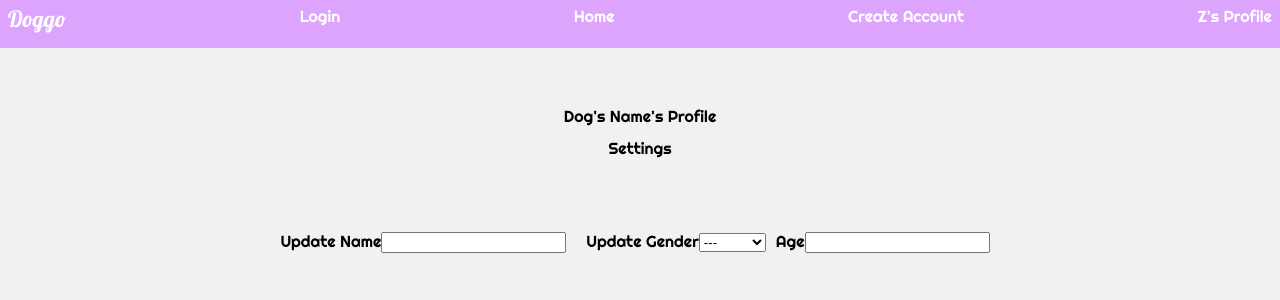
Repository: rh1456/capstone
Page: /5
The author's editor kept a copy of each file at every save. The page is drawn from the files as they stood at one save, then again after the next save.
The browser window is 1280 px wide. The pictures show the whole page.
Some web libraries are served in a nearby version. The project was rebuilt for these pictures with package versions that can differ from the ones it lists, and the page was loaded fresh each time. Also part of the build but not shown: src/pages/MainPage.jsx, src/pages/CreateAccount.jsx, src/pages/DoggoLandingPage.jsx, src/pages/DogProfile.jsx, src/pages/PlayDateForm.jsx.

Above is the page before, as saved 2020-01-10 23:33:59.

### public/index.html
<!DOCTYPE html>
<html lang="en">
  <head>
    <meta charset="utf-8" />
    <link rel="shortcut icon" href="%PUBLIC_URL%/favicon.ico" />
    <meta
      name="viewport"
      content="width=device-width, initial-scale=1, shrink-to-fit=no"
    />
    <meta name="theme-color" content="#000000" />
    <!--
      manifest.json provides metadata used when your web app is added to the
      homescreen on Android. See https://developers.google.com/web/fundamentals/web-app-manifest/
    -->
    <link rel="manifest" href="%PUBLIC_URL%/manifest.json" />
    <!--
      Notice the use of %PUBLIC_URL% in the tags above.
      It will be replaced with the URL of the `public` folder during the build.
      Only files inside the `public` folder can be referenced from the HTML.

      Unlike "/favicon.ico" or "favicon.ico", "%PUBLIC_URL%/favicon.ico" will
      work correctly both with client-side routing and a non-root public URL.
      Learn how to configure a non-root public URL by running `npm run build`.
    -->
    <link
      href="https://fonts.googleapis.com/css?family=Pacifico|Permanent+Marker|Righteous|Roboto&display=swap"
      rel="stylesheet"
    />
    <link
      href="https://fonts.googleapis.com/css?family=Lobster&display=swap"
      rel="stylesheet"
    />
    <script
      src="https://kit.fontawesome.com/d7373701d1.js"
      crossorigin="anonymous"
    ></script>
    <title>Capstone</title>
  </head>
  <body>
    <noscript>
      You need to enable JavaScript to run this app.
    </noscript>
    <div id="root"></div>
    <!--
      This HTML file is a template.
      If you open it directly in the browser, you will see an empty page.

      You can add webfonts, meta tags, or analytics to this file.
      The build step will place the bundled scripts into the <body> tag.

      To begin the development, run `npm start` or `yarn start`.
      To create a production bundle, use `npm run build` or `yarn build`.
    -->
  </body>
</html>

### src/index.js
import React from 'react'
import ReactDOM from 'react-dom'
import './index.css'
import './styles.scss'
import App from './App'

ReactDOM.render(<App />, document.getElementById('root'))

### src/index.css
@media (min-width: 320px) and (max-width: 480px) {
  :root {
    font: 16px / 1 sans-serif;
  }

  html {
    height: 100%;
  }
  body {
    margin: 0;
    min-height: 100%;
    background-color: #f1f1f1;
    font-family: 'Righteous', cursive;
  }
  .nav-bar-ul {
    display: flex;
    flex-direction: row;
    justify-content: space-between;
    margin: 0;
    height: 3rem;
    background-color: #dca4fc;
    padding: 0;
  }
  .main-nav-li {
    list-style: none;
    padding: 0.5rem;
    color: white;
  }
  .nav-logo {
    font-size: 1.4rem;
    font-family: 'Lobster', cursive;
  }
  .Nav-link {
    color: white;
    text-decoration: none;
  }
  /* Dog profile Stylings */
  .dog-profile-image {
    display: flex;
    justify-content: center;
    /* border-bottom: solid lightgrey; */
  }
  .before-div {
    border: solid black;
    display: block;
    height: 18px;
    border-radius: 50% 50% 0 0;

    bottom: calc(100% - 10px);
    right: -5px;
    left: -5px;
    background-color: blue;
  }
  .profile-image {
    height: 12rem;
    width: 8rem;
    margin: 0;
    border-radius: 8px;
    margin: 0.7rem;
  }
  .profile-about {
    display: flex;
    flex-direction: column;
    height: 5rem;
    font-size: 0.7rem;
  }
  .profile-about h1 {
    align-self: center;
  }
  .profile-about span {
    align-self: center;
    padding: 0.1rem;
  }
  .in-between {
    border-top: solid lightgrey;
    border-bottom: solid lightgrey;
    height: 3rem;
    display: flex;
    justify-content: center;
  }
  .main-about {
    border-bottom: solid lightgrey;
  }
  .profile-logo {
    margin: 0.5rem;
    height: 2rem;
    width: auto;
  }
  .meet {
    display: flex;
    flex-direction: column;
  }
  .meet h1 {
    align-self: center;
  }
  .meet p {
    padding: 1rem;
    font-size: 0.9rem;
    align-self: center;
  }
  .small-pro-pic {
    align-self: center;
    height: 4rem;
    width: auto;
    border: 2px solid black;
    border-radius: 50%;
    margin-top: 0.8rem;
  }
  .match-button {
    align-self: center;
    background-color: purple;
    height: 1.8rem;
    width: 8rem;
    border-radius: 25px;
    border: 3px solid black;
    color: white;
  }
  .playdate-link {
    color: white;
    text-decoration: none;
  }

  /* Dog Landing Stylings */
  .doggo-landing-body {
    margin: 0;
    min-height: 100%;
    background-color: #f1f1f1;
    font-family: 'Righteous', cursive;
  }
  .landing-page-logo {
    display: flex;
    justify-content: center;
    align-content: center;
    flex-direction: column;
  }
  .doggo-logo {
    height: 180px;
    width: 238px;
    align-self: center;
  }
  .doggo-text-section {
    padding-top: 2rem;
    padding-bottom: 2rem;
  }
  .doggo-text {
    display: flex;
    justify-content: center;
    align-content: center;
    font-size: 2rem;
    font-family: 'Lobster', cursive;
  }

  .landing-button {
    display: flex;
    justify-content: center;
    align-content: center;
  }
  .create-account {
    background-color: purple;
    height: 3rem;
    width: 15rem;
    border-radius: 25px;
    border: 3px solid black;
    color: white;
    font-family: 'Roboto', sans-serif;
  }
  .create-account-link {
    color: white;
    text-decoration: none;
    font-style: bold;
  }
  .existing-users {
    display: flex;
    padding-top: 3rem;
    justify-content: center;
    align-content: center;
  }
  /* Create Account Stylings */
  .create-account-div {
    display: flex;
    flex-direction: column;
    font-size: 2rem;
  }
  .submit-account {
    margin-top: 1rem;
    align-self: center;
    background-color: purple;
    height: 1.8rem;
    width: 8rem;
    border-radius: 25px;
    border: 3px solid black;
    color: white;
  }
  .existing-users-link {
    font-style: italic;
    text-decoration: none;
  }

  /* Newsfeed Stylings */
  .h1-container {
    display: flex;
    justify-content: center;
    font-size: 0.8rem;
    color: purple;
    height: 1rem;
    font-family: 'Lobster', cursive;
  }
  .newsfeed-header {
    display: flex;
    flex-direction: row;
    flex-wrap: nowrap;
    align-items: stretch;
    overflow-x: auto;
    overflow-y: hidden;
    border-bottom: solid lightgrey;
    height: 8rem;
  }
  .friend-card {
    border: solid black;
    align-self: center;
    margin: 1rem 3rem;
    padding-left: 0.8rem;
    padding-right: 0.8rem;
    border-radius: 0.5rem;
    flex-basis: 33.33%;
    flex-grow: 0;
    flex-shrink: 0;
    height: 4.7rem;
    /* width: 1rem; */
  }

  .welcome-user-message {
    display: flex;
    justify-content: center;
    font-size: 0.7rem;
    border-bottom: solid lightgrey;
  }
  .newsfeed-parent {
    display: flex;
    /* align-items: center; */
    flex-direction: column;
    margin: 1rem;
  }
  .newsfeed {
    /* align-items: stretch; */
    /* display: flex;
    flex-direction: column;
    flex-wrap: nowrap; */
    /* display: flex;
    justify-content: center; */
    width: 300px;
    height: 500px;
    overflow-y: scroll;
    overflow-x: hidden;
  }
  .card {
    max-width: 33.33%;
    padding: 0.75rem;
    margin-bottom: 2rem;
    border: 0;
    /* flex-basis: 33.33%;
    flex-grow: 0;
    flex-shrink: 0; */
  }
  .newsfeed-nav-ul {
    display: flex;
    flex-direction: row;
    font-size: smaller;
    font-style: italic;
    margin: 0rem;
    height: 2rem;
  }
  .newsfeed-nav-li {
    list-style: none;
    margin: 0;
    padding: 1rem;
  }
  .settings-link {
    text-decoration: none;
    color: black;
  }
  .mapbox {
    align-self: center;
    border: solid black;
    height: 6rem;
    width: 6rem;
  }
  /* Playdate form stylings  */

  .playdate-header {
    display: flex;
    justify-content: center;
    margin: 1.5rem;
  }
  .playdate-main {
    display: flex;
    flex-direction: column;
  }
  .playdate-input {
    align-self: center;
    margin: 0.5rem;
  }
  .form-date-submit-button {
    margin-top: 1rem;
    align-self: center;
    background-color: purple;
    height: 1.8rem;
    width: 8rem;
    border-radius: 25px;
    border: 3px solid black;
    color: white;
  }
  /* Profile setting styling  */
  /* .setting-header {
    display: flex;

    padding: 0.3rem;
  }
  .settings-p {
    display: flex;
    padding: 0.5rem;
    font-size: 2rem;
  } */
}

/* End of mobile query  */

:root {
  font: 16px / 1 sans-serif;
}

html {
  height: 100%;
}
body {
  margin: 0;
  min-height: 100%;
  background-color: #f1f1f1;
  font-family: 'Righteous', cursive;
}
.nav-bar-ul {
  display: flex;
  flex-direction: row;
  justify-content: space-between;
  margin: 0;
  height: 3rem;
  background-color: #dca4fc;
  padding: 0;
}
.main-nav-li {
  list-style: none;
  padding: 0.5rem;
  color: white;
}
.nav-logo {
  padding: 0.5rem;
  color: white;
  font-size: 1.4rem;
  font-family: 'Lobster', cursive;
}
.Nav-link {
  color: white;
  text-decoration: none;
}
/* Dog profile Stylings */
.dog-profile-image {
  display: flex;
  justify-content: center;
  /* border-bottom: solid lightgrey; */
}
.before-div {
  border: solid black;
  display: block;
  height: 18px;
  border-radius: 50% 50% 0 0;

  bottom: calc(100% - 10px);
  right: -5px;
  left: -5px;
  background-color: blue;
}
.profile-image {
  height: 12rem;
  width: 8rem;
  margin: 0;
  border-radius: 8px;
  margin: 0.7rem;
}
.profile-about {
  display: flex;
  flex-direction: column;
  height: 5rem;
  font-size: 0.7rem;
}
.profile-about h1 {
  align-self: center;
}
.profile-about span {
  align-self: center;
  padding: 0.1rem;
}
.in-between {
  border-top: solid lightgrey;
  border-bottom: solid lightgrey;
  height: 3rem;
  display: flex;
  justify-content: center;
}
.main-about {
  border-bottom: solid lightgrey;
}
.profile-logo {
  margin: 0.5rem;
  height: 2rem;
  width: auto;
}
.meet {
  display: flex;
  flex-direction: column;
}
.meet h1 {
  align-self: center;
}
.meet p {
  padding: 1rem;
  font-size: 0.9rem;
  align-self: center;
}
.small-pro-pic {
  align-self: center;
  height: 4rem;
  width: auto;
  border: 2px solid black;
  border-radius: 50%;
  margin-top: 0.8rem;
}
.match-button {
  align-self: center;
  background-color: purple;
  height: 1.8rem;
  width: 8rem;
  border-radius: 25px;
  border: 3px solid black;
  color: white;
}

/* Dog Landing Stylings */
.doggo-landing-body {
  margin: 0;
  min-height: 100%;
  background-color: #f1f1f1;
  font-family: 'Righteous', cursive;
}
.landing-page-logo {
  display: flex;
  justify-content: center;
  align-content: center;
  flex-direction: column;
}
.doggo-logo {
  height: 180px;
  width: 238px;
  align-self: center;
}
.doggo-text-section {
  padding-top: 2rem;
  padding-bottom: 2rem;
}
.doggo-text {
  display: flex;
  justify-content: center;
  align-content: center;
  font-size: 2rem;
}

.landing-button {
  display: flex;
  justify-content: center;
  align-content: center;
}
.create-account {
  background-color: purple;
  height: 3rem;
  width: 15rem;
  border-radius: 25px;
  border: 3px solid black;
  color: white;
  font-family: 'Roboto', sans-serif;
}
.existing-users {
  display: flex;
  padding-top: 3rem;
  justify-content: center;
  align-content: center;
}
/* Create Account Stylings */
.create-account-div {
  display: flex;
  flex-direction: column;
  font-size: 2rem;
}
.submit-account {
  margin-top: 1rem;
  align-self: center;
  background-color: purple;
  height: 1.8rem;
  width: 8rem;
  border-radius: 25px;
  border: 3px solid black;
  color: white;
}

/* Newsfeed Stylings */
.h1-container {
  display: flex;
  justify-content: center;
  font-size: 0.8rem;
  color: purple;
  height: 1rem;
  font-family: 'Lobster', cursive;
}
.newsfeed-header {
  display: flex;
  flex-direction: row;
  flex-wrap: nowrap;
  align-items: stretch;
  overflow-x: auto;
  overflow-y: hidden;
  border-bottom: solid lightgrey;
  height: 8rem;
}
.friend-card {
  border: solid black;
  align-self: center;
  margin: 1rem 3rem;
  padding-left: 0.8rem;
  padding-right: 0.8rem;
  border-radius: 0.5rem;
  flex-basis: 33.33%;
  flex-grow: 0;
  flex-shrink: 0;
  height: 4.7rem;
  width: 1rem;
}
/* .feed-head-left-button,
  .feed-head-right-button {
    display: flex;
    justify-content: center;
    align-content: center;
    color: white;
    font-size: 2rem;
    width: 2.5rem;
    margin: 4rem 0rem;
    background-color: purple;
    border: none;
  }
  .feed-head-left-button {
    border-radius: 0rem 1rem 1rem 0rem;
  }
  .feed-head-right-button {
    border-radius: 1rem 0rem 0rem 1rem;
  }  */
.welcome-user-message {
  display: flex;
  justify-content: center;
  font-size: 0.7rem;
  border-bottom: solid lightgrey;
}
.newsfeed-parent {
  display: flex;
  justify-content: center;
  align-content: center;
}
.newsfeed {
  align-items: stretch;
  display: flex;
  flex-direction: column;
  flex-wrap: nowrap;
  display: flex;
  justify-content: center;
  width: 120px;
  height: 400px;
  overflow-y: scroll;
  overflow-x: hidden;
}
.card {
  max-width: 33.33%;
  padding: 0.75rem;
  margin-bottom: 2rem;
  border: 0;
  /* flex-basis: 33.33%;
    flex-grow: 0;
    flex-shrink: 0; */
}

### src/styles.scss
@mixin epic-sides() {
  // https://codepen.io/MichaelArestad/pen/qltuk
  position: relative;
  z-index: 1;

  &:before {
    position: absolute;
    content: '';
    display: block;
    top: 0;
    left: -5000px;
    height: 100%;
    // width: 15000px;
    z-index: -1;
    @content;
  }
}

.profile-settings-containter {
  margin: 0 auto;
  padding: 60px 30px;
  background: #f1f1f1;
  @include epic-sides() {
    background: inherit;
  }
  text-align: center;

  &:first-child {
    padding: 40px 30px;
  }
  &:nth-child(2),
  &:nth-child(8),
  &:nth-child(10) {
    background: #f1f1f1;
  }
  &:nth-child(3),
  &:nth-child(7) {
    background: #f1f1f1;
  }
  &:nth-child(4),
  &:nth-child(6) {
    background: #f1f1f1;
  }
  &:nth-child(5) {
    background: #f1f1f1;
  }

  .update-account-details {
    position: relative;
    display: inline-block;
    margin: 30px 10px;
  }
}
.basic-slide {
  display: inline-block;
  width: 215px;
  padding: 10px 0 10px 15px;
  font-family: 'Open Sans', sans;
  font-weight: 400;
  color: #377d6a;
  background: #efefef;
  border: 0;
  border-radius: 3px;
  outline: 0;
  text-indent: 70px; // Arbitrary.
  transition: all 0.3s ease-in-out;

  &::-webkit-input-placeholder {
    color: #efefef;
    text-indent: 0;
    font-weight: 300;
  }
  + label {
    display: inline-block;
    position: absolute;
    top: 0;
    left: 0;
    padding: 10px 15px;
    text-shadow: 0 1px 0 rgba(19, 74, 70, 0.4);
    background: #7ab893;
    transition: all 0.3s ease-in-out;
    border-top-left-radius: 3px;
    border-bottom-left-radius: 3px;
  }
}

### src/App.jsx
import React from 'react'
import { BrowserRouter as Router, Link, Route, Switch } from 'react-router-dom'
import MainPage from './pages/MainPage'
import DoggoLandingPage from './pages/DoggoLandingPage'
import CreateAccount from './pages/CreateAccount'
import DogProfile from './pages/DogProfile'
import PlayDateForm from './pages/PlayDateForm'
import ProfileSettings from './pages/ProfileSettings'
const App = () => {
  return (
    <Router>
      <header>
        <nav>
          <ul className="nav-bar-ul">
            <li className="nav-logo">Doggo</li>
            <li className="main-nav-li">
              <Link className="Nav-link" to="/">
                Login
              </Link>
            </li>
            <li className="main-nav-li">
              <Link className="Nav-link" to="/1">
                Home
              </Link>
            </li>
            <li className="main-nav-li">
              <Link className="Nav-link" to="/2">
                Create Account
              </Link>
            </li>
            <li className="main-nav-li">
              <Link className="Nav-link" to="/3">
                Z's Profile
              </Link>
            </li>
          </ul>
        </nav>
      </header>
      <Switch>
        <Route exact path="/" component={DoggoLandingPage}></Route>
        <Route exact path="/1" component={MainPage}></Route>
        <Route exact path="/2" component={CreateAccount}></Route>
        <Route path="/3" component={DogProfile}></Route>
        <Route path="/4" component={PlayDateForm}></Route>
        <Route path="/5" component={ProfileSettings}></Route>
      </Switch>
    </Router>
  )
}

export default App

### src/pages/ProfileSettings.jsx
import React from 'react'

const ProfileSettings = () => {
  return (
    <div className="profile-settings-containter">
      <header className="setting-header">
        <span>Dog's Name</span>'s Profile
      </header>
      <section className="setings-section">
        <p className="settings-p">Settings</p>
      </section>
      <section className="update-account-details">
        <label htmlFor="dogs-name">Update Name</label>
        <input type="text"></input>
      </section>
      <section className="update-account-details">
        <label htmlFor="gender">Update Gender</label>
        <select type="text">
          <option value="">---</option>
          <option value="male">Male</option>
          <option value="female">Female</option>
        </select>
        <section className="update-account-details">
          <label htmlFor="Age">Age</label>
          <input input="text"></input>
        </section>
      </section>
    </div>
  )
}

export default ProfileSettings

After the next save:
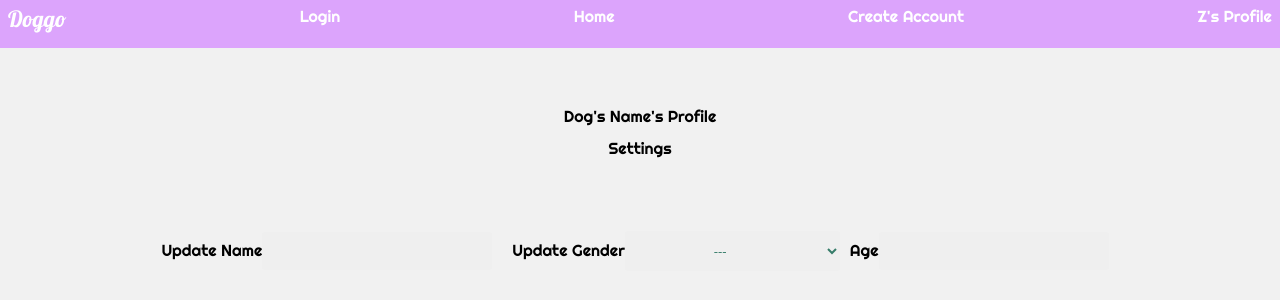
Saved 4 min 39 s later.
--- a/src/pages/ProfileSettings.jsx
+++ b/src/pages/ProfileSettings.jsx
@@ -11,18 +11,18 @@ const ProfileSettings = () => {
       </section>
       <section className="update-account-details">
         <label htmlFor="dogs-name">Update Name</label>
-        <input type="text"></input>
+        <input className="basic-slide" type="text"></input>
       </section>
       <section className="update-account-details">
         <label htmlFor="gender">Update Gender</label>
-        <select type="text">
+        <select className="basic-slide" type="text">
           <option value="">---</option>
           <option value="male">Male</option>
           <option value="female">Female</option>
         </select>
         <section className="update-account-details">
           <label htmlFor="Age">Age</label>
-          <input input="text"></input>
+          <input className="basic-slide" input="text"></input>
         </section>
       </section>
     </div>
